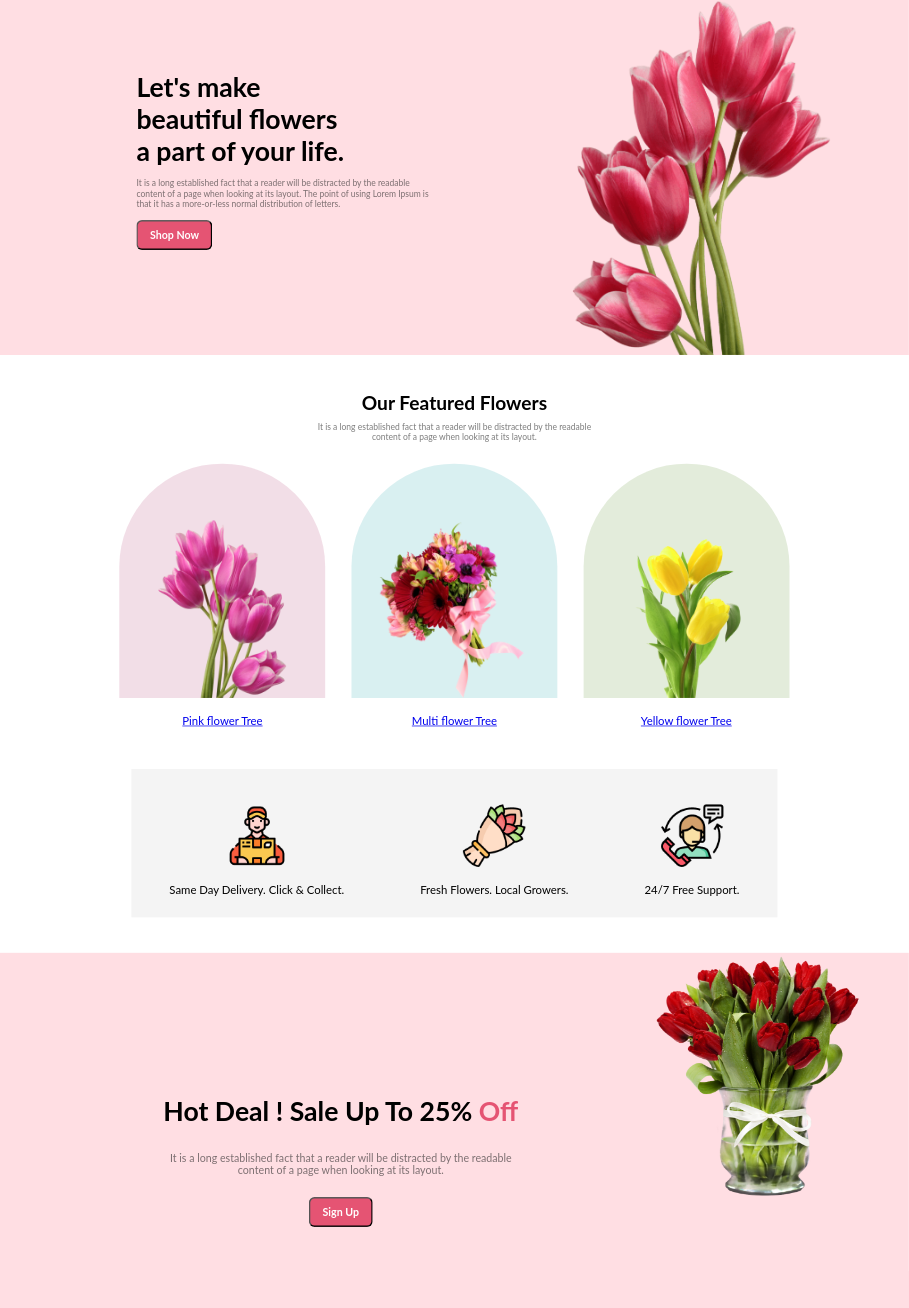
Repository: sadiaafsana138/Flower-Shop_Responsive
Page: index.html
An editor plug-in stored every save of this project. The page is shown before and after the next save, followed by the edit.
The browser window is 1280 px wide. The pictures show the whole page, at 71% of full size.

Above is the page before, as saved 2023-08-30 05:37:27.

### index.html
<!DOCTYPE html>
<html lang="en">

<head>
    <meta charset="UTF-8">
    <meta name="viewport" content="width=device-width, initial-scale=1.0">
    <title>Flower Shop</title>
    <link rel="stylesheet" href="Flower.css">
</head>

<body>
    <header>
        <section class="Section1">
            <div>
                <div id="HeaderText1">
                    <h1>
                        Let's make<br>beautiful flowers<br>a part of your life.
                    </h1>
                </div>
                <div id="HeaderText2">
                    <p>
                        It is a long established fact that a reader will be distracted by the readable<br>content of a
                        page when looking at its layout. The point of using Lorem Ipsum is<br>that it has a more-or-less
                        normal distribution of letters.
                    </p>
                </div>
                <button class="Main_button">
                    Shop Now
                </button>
            </div>
            <div>
                <img src="Images/1.png" alt="Cover image" height="500px" width="400px">
            </div>
        </section>
    </header>
    <main>
        <section class="Section2">
            <div>
                <div id="Section_2_header1">
                    <h1>
                        Our Featured Flowers
                    </h1>
                </div>
                <div>
                    <p id="Section_2_header2">
                        It is a long established fact that a reader will be distracted by the readable<br>content of a
                        page when looking at its layout.
                    </p>
                </div>
            </div>
            <div class="Section_2_pictures">
                <div id="sec2_pic1">
                    <img src="Images/2.png" alt="" height="250px" width="180px">
                    <br>
                    <br>
                    <a href="https://flowersourcebd.com/" target="_blank">
                        Pink flower Tree
                    </a>
                </div>
                <div id="sec2_pic2">
                    <img src="Images/3.png" alt="" height="250px" width="230px">
                    <br>
                    <br>
                    <a href="https://flowersourcebd.com/" target="_blank">
                        Multi flower Tree
                    </a>
                </div>
                <div id="sec2_pic3">
                    <img src="Images/4.png" alt="" height="250px" width="180px">
                    <br>
                    <br>
                    <a href="https://flowersourcebd.com/" target="_blank">
                        Yellow flower Tree
                    </a>
                </div>
            </div>
        </section>
        <section class="Section3">
            <div class="Sec3_pic">
                <div>
                    <img src="Images/5.png" alt="">
                    <br>
                    <br>
                    <p>Same Day Delivery. Click & Collect.</p>
                </div>
                <div>
                    <img src="Images/6.png" alt="">
                    <br>
                    <br>
                    <p>Fresh Flowers. Local Growers.</p>
                </div>
                <div>
                    <img src="Images/7.png" alt="">
                    <br>
                    <br>
                    <p>24/7 Free Support.</p>
                </div>
            </div>
        </section>
        <section class="Section4">
            <div>
                <div id="Sec4_text1">
                    <h1>
                        Hot Deal ! Sale Up To 25% <span id="off_color">Off</span>
                    </h1>
                </div>
                <br>
                <div id="Sec4_text2">
                    <p>
                        It is a long established fact that a reader will be distracted by the readable<br>content of a page when looking at its layout.
                    </p>
                </div>
                <br>
                <button class="Main_button">
                    Sign Up
                </button>
            </div>
            <div>
                <img src="Images/8.png" alt="" height="350px" width="300px">
            </div>
        </section>
        <section class="Section5"></section>
        <section class="Section6"></section>
        <section class="Section7"></section>
        <section class="Section8"></section>
    </main>
    <footer>

    </footer>
</body>

</html>

### Flower.css
*{
    margin:0px;
    font-family: Lato;
    font-style: normal;
}
/*Section 1*/
.Section1{
    background-color: rgb(255, 222, 227);
    height:500px;
    width: 100%;
    display: flex;
    justify-content: space-around;
}
#HeaderText1{
    padding: 100px 70px 5px 100px;
    font-size:  25px;
    font-weight: 800;

}
#HeaderText2{
    padding: 10px 0px 5px 100px;
    font-size:  12px;
    font-weight: 400;
    color:rgba(39, 39, 39, 0.60);
}
.Main_button{
    border-radius: 8px;
    background: #E55473;
    color: #FFF;
    font-size: 15px;
    font-weight: 700;
    padding: 10px 17px;
    margin: 10px 0px 0px 100px;
}
/*Section 2*/
#Section_2_header1{
    padding: 50px 0px 10px 0px;
    font-size:  18px;
    font-weight: 800;
    text-align: center;
}
#Section_2_header2{
    font-size:  12px;
    font-weight: 400;
    color:rgba(39, 39, 39, 0.60);
    text-align: center;
}
.Section_2_pictures{
    margin: 30px 150px 0px;
    justify-content: space-around;
    display: flex;
}
#sec2_pic1{
    border-radius: 300px 300px 0px 0px;
    background: rgba(167, 33, 98, 0.15);
    height:250px ;
    width: 230px;
    padding: 80px 30px 0px 30px;
    text-align: center;
}
#sec2_pic2{
    border-radius: 300px 300px 0px 0px;
    background:rgba(5, 151, 160, 0.15);
    height: 250px;
    width: 230px;
    padding: 80px 30px 0px 30px;
    text-align: center;
}
#sec2_pic3{
    border-radius: 300px 300px 0px 0px;
    background: rgba(71, 125, 17, 0.15);
    height: 250px;
    width: 230px;
    padding: 80px 30px 0px 30px;
    text-align: center;

}
/*Section 3*/
.Sec3_pic{
    background: rgba(39, 39, 39, 0.05);
    margin: 100px 185px 0px;
    padding: 50px 0px 30px;
    justify-content: space-around;
    display: flex;
    text-align: center;
}
/* Section 4 */
.Section4{
    margin-top: 50px;
    background-color: rgb(255, 222, 227);
    height:500px;
    width: 100%;
    display: flex;
    justify-content: space-around;
    text-align: center;
}
#Sec4_text1{
    padding: 200px 70px 5px 170px;
    font-size:25px;
    font-weight: 800;
}
#Sec4_text2{
    padding: 10px 0px 0px 100px;
    font-size:  15px;
    font-weight: 400;
    color:rgba(39, 39, 39, 0.60);
}
#off_color{
    color: #E55473;
}

After the next save:
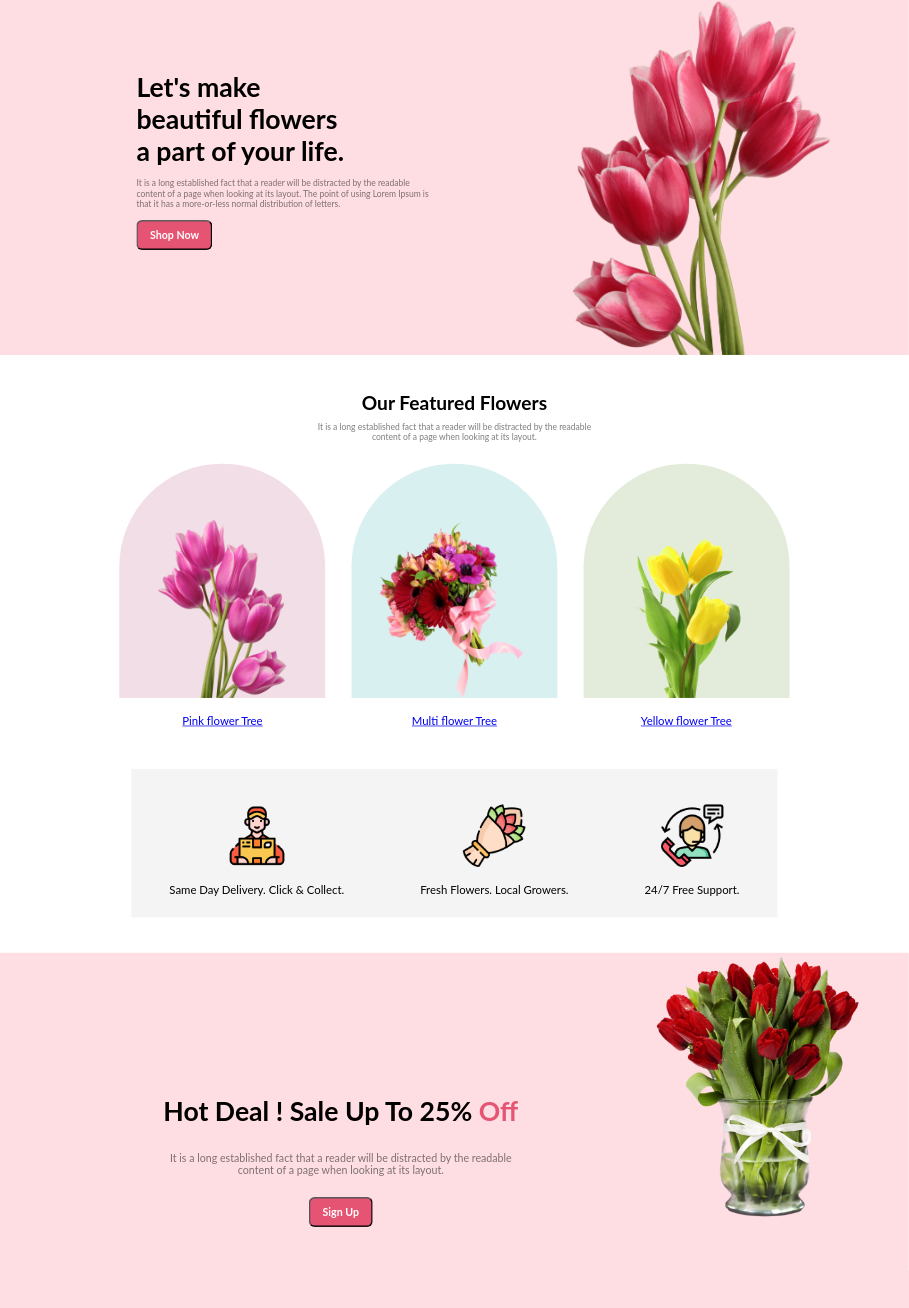
Saved 21 s later.
--- a/index.html
+++ b/index.html
@@ -116,7 +116,7 @@
                 </button>
             </div>
             <div>
-                <img src="Images/8.png" alt="" height="350px" width="300px">
+                <img src="Images/8.png" alt="" height="380px" width="300px">
             </div>
         </section>
         <section class="Section5"></section>
